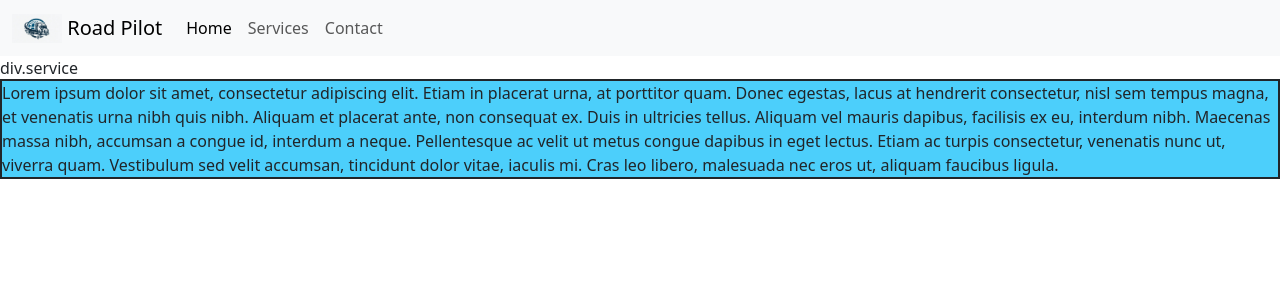
Repository: VictoriousMango/WebCreator
Page: index.html
The author's editor kept a copy of each file at every save. The page is drawn from the files as they stood at one save, then again after a run of saves.
The browser window is 1280 px wide. The pictures show the whole page.

Above is the page before, as saved 2024-11-09 13:32:11.

### index.html
<!DOCTYPE html>
<html lang="en">

<head>
    <meta charset="UTF-8">
    <meta name="viewport" content="width=device-width, initial-scale=1.0">
    <title>Web Creator</title>
    <link href="https://cdn.jsdelivr.net/npm/bootstrap@5.3.3/dist/css/bootstrap.min.css" rel="stylesheet"
        integrity="sha384-QWTKZyjpPEjISv5WaRU9OFeRpok6YctnYmDr5pNlyT2bRjXh0JMhjY6hW+ALEwIH" crossorigin="anonymous">
    <link rel="stylesheet" href="./assets/css/index.css">
</head>

<body>
    <!-- Navbar -->
    <nav class="navbar navbar-expand-lg bg-body-tertiary">
        <div class="container-fluid">
            <a class="navbar-brand" href="#">
                <img src="./assets/images/Logo.png" alt="Logo" width="50px" class="d-inline-block align-text-top">
                Road Pilot
            </a>
            <button class="navbar-toggler" type="button" data-bs-toggle="collapse" data-bs-target="#navbarNav"
                aria-controls="navbarNav" aria-expanded="false" aria-label="Toggle navigation">
                <span class="navbar-toggler-icon"></span>
            </button>
            <div class="collapse navbar-collapse" id="navbarNav">
                <ul class="navbar-nav">
                    <li class="nav-item">
                        <a class="nav-link active" aria-current="page" href="#">Home</a>
                    </li>
                    <li class="nav-item">
                        <a class="nav-link" href="./pages/services.html">Services</a>
                    </li>
                    <li class="nav-item">
                        <a class="nav-link" href="./pages/contact.html">Contact</a>
                    </li>
                </ul>
            </div>
        </div>
    </nav>
    <!-- NavBar -->
    <main>
        <div class="home__banner"></div>
        <div class="home__about"></div>
        div.service
    </main>
    <footer>
        Lorem ipsum dolor sit amet, consectetur adipiscing elit. Etiam in placerat urna, at porttitor quam. Donec egestas, lacus at hendrerit consectetur, nisl sem tempus magna, et venenatis urna nibh quis nibh. Aliquam et placerat ante, non consequat ex. Duis in ultricies tellus. Aliquam vel mauris dapibus, facilisis ex eu, interdum nibh. Maecenas massa nibh, accumsan a congue id, interdum a neque. Pellentesque ac velit ut metus congue dapibus in eget lectus. Etiam ac turpis consectetur, venenatis nunc ut, viverra quam. Vestibulum sed velit accumsan, tincidunt dolor vitae, iaculis mi. Cras leo libero, malesuada nec eros ut, aliquam faucibus ligula.
    </footer>
    <!-- Scripts -->
    <script src="https://cdn.jsdelivr.net/npm/bootstrap@5.3.3/dist/js/bootstrap.bundle.min.js"
        integrity="sha384-YvpcrYf0tY3lHB60NNkmXc5s9fDVZLESaAA55NDzOxhy9GkcIdslK1eN7N6jIeHz"
        crossorigin="anonymous"></script>
    <script src="https://cdn.jsdelivr.net/npm/@popperjs/core@2.11.8/dist/umd/popper.min.js"
        integrity="sha384-I7E8VVD/ismYTF4hNIPjVp/Zjvgyol6VFvRkX/vR+Vc4jQkC+hVqc2pM8ODewa9r"
        crossorigin="anonymous"></script>
    <script src="https://cdn.jsdelivr.net/npm/bootstrap@5.3.3/dist/js/bootstrap.min.js"
        integrity="sha384-0pUGZvbkm6XF6gxjEnlmuGrJXVbNuzT9qBBavbLwCsOGabYfZo0T0to5eqruptLy"
        crossorigin="anonymous"></script>
</body>

</html>

### assets/css/index.css
footer {
    position: relative;
    bottom: 1px;
    border: 2px solid;
    background-color: rgba(0, 187, 249, 0.7);
}

After the next 4 saves:
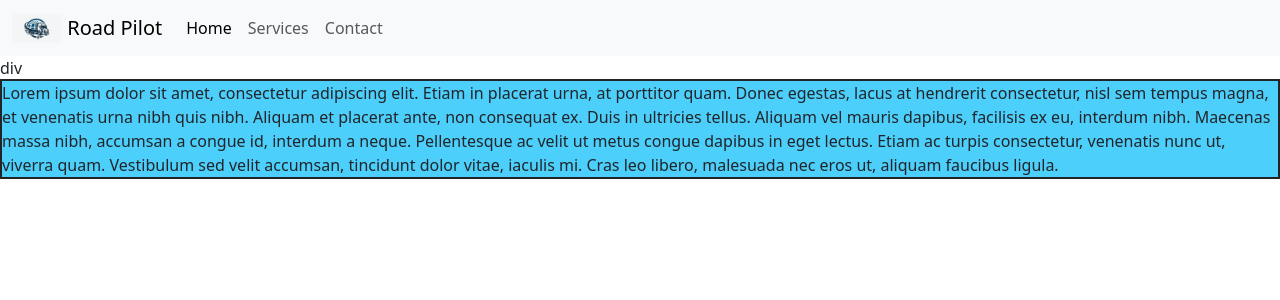
The 4 saves are shown as one change because they came seconds apart.
The last was saved 12 s later.
--- a/index.html
+++ b/index.html
@@ -41,7 +41,8 @@
     <main>
         <div class="home__banner"></div>
         <div class="home__about"></div>
-        div.service
+        <div class="home__service"></div>
+        div
     </main>
     <footer>
         Lorem ipsum dolor sit amet, consectetur adipiscing elit. Etiam in placerat urna, at porttitor quam. Donec egestas, lacus at hendrerit consectetur, nisl sem tempus magna, et venenatis urna nibh quis nibh. Aliquam et placerat ante, non consequat ex. Duis in ultricies tellus. Aliquam vel mauris dapibus, facilisis ex eu, interdum nibh. Maecenas massa nibh, accumsan a congue id, interdum a neque. Pellentesque ac velit ut metus congue dapibus in eget lectus. Etiam ac turpis consectetur, venenatis nunc ut, viverra quam. Vestibulum sed velit accumsan, tincidunt dolor vitae, iaculis mi. Cras leo libero, malesuada nec eros ut, aliquam faucibus ligula.
